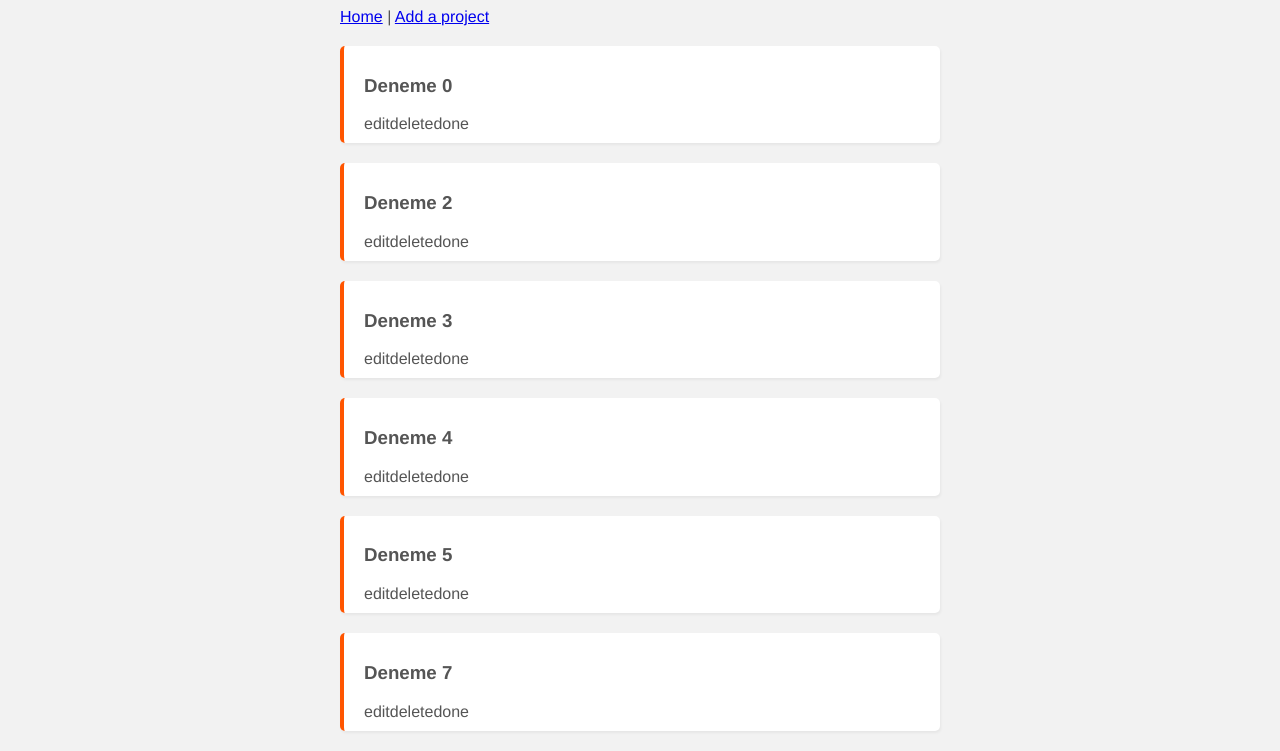
Repository: sercanisli/task-app
Page: /
An editor plug-in stored every save of this project. The page is shown before and after the next save, followed by the edit.
The browser window is 1280 px wide. The pictures show the whole page.
The project was rebuilt for these pictures with package versions that can differ from the ones it lists, and the page was loaded fresh each time. Requests to the local data server were answered from the project's data file. Also part of the build but not shown: vue.config.js. Imported but missing from the stored project, and not drawn on this page: src/views/AddProject.vue.

Above is the page before, as saved 2024-04-27 02:19:13.

### public/index.html
<!DOCTYPE html>
<html lang="">
  <head>
    <meta charset="utf-8">
    <meta http-equiv="X-UA-Compatible" content="IE=edge">
    <meta name="viewport" content="width=device-width,initial-scale=1.0">
    <link rel="icon" href="<%= BASE_URL %>favicon.ico">
    <title><%= htmlWebpackPlugin.options.title %></title>
    <link href="https://fonts.googleapis.com/icon?family=Material+Icons"
      rel="stylesheet">
  </head>
  <body>
    <noscript>
      <strong>We're sorry but <%= htmlWebpackPlugin.options.title %> doesn't work properly without JavaScript enabled. Please enable it to continue.</strong>
    </noscript>
    <div id="app"></div>
    <!-- built files will be auto injected -->
  </body>
</html>

### src/App.vue
<template>
  <div>
    <nav>
      <router-link to="/">Home</router-link> |
      <router-link to="/add">Add a project</router-link>
    </nav>
    <router-view/>
  </div>
</template>

<script>
  export default {
    components:{

    }
  }
</script>

<style>
body{
  background: #f2f2f2;
}
#app {
  font-family: Avenir, Helvetica, Arial, sans-serif;
  -webkit-font-smoothing: antialiased;
  -moz-osx-font-smoothing: grayscale;
  max-width: 600px;
  margin: 0 auto;
  color: #555;
}
</style>

### src/router/index.js
import { createRouter, createWebHistory } from 'vue-router'
import Home from '../views/Home.vue'

const routes = [
  {
    path: '/',
    name: 'home',
    component: Home
  },
  {
    path: '/add',
    name: 'AddProject',
    component: () => import('../views/AddProject.vue')
  },
  {
    path: '/project/:id',
    name: 'EditProject',
    component: () => import('../views/EditProject.vue'),
    props:true
  }
]

const router = createRouter({
  history: createWebHistory(process.env.BASE_URL),
  routes
})

export default router

### src/views/Home.vue
<template>
  <div class="home">
    <div v-if="projects.length">
      <div v-for="prj in projects" :key="prj.id">
        <SingleProject :project="prj" />
      </div>
    </div>
  </div>
</template>

<script>
import SingleProject from '../components/SingleProject'

export default {
  name: 'Home',
  components: {
    SingleProject
  },
  data(){
    return{
      projects:[]
    }
  },
  mounted(){
    fetch('http://localhost:3000/projects')
      .then(response => response.json())
      .then(data => this.projects = data)
      .catch(error => console.log(error.message))
  }
}
</script>

<style >
.project {
  margin: 20px auto;
  background: #fff;
  padding: 10px 20px;
  border-radius: 5px;
  box-shadow: 1px 2px 3px rgba(0, 0, 0, 0.05);
  border-left: 4px solid #ff5500;
}
h3 {
  cursor: pointer;
}
.actions {
  display: flex;
  justify-content: space-between;
  align-items: center;
}
.material-icons {
  font-size: 24px;
  margin-left: 10px;
  color: #bbb;
  cursor: pointer;
}
.material-icons:hover {
  color: #777;
}
.project.complete {
  border-left: 4px solid #76dd78;
}
.project.complete .tick {
  color: #76dd78;
}
</style>

### src/components/SingleProject.vue
<template>
  <div class="project">
    <div class="actions">
        <h3 @click="showDetails = !showDetails">{{ project.title }}</h3>
    </div>
    <div class="icons">
        <span class="material-symbols-outlined">edit</span>
        <span class="material-symbols-outlined">delete</span>
        <span class="material-symbols-outlined">done</span>
    </div>
    <div v-if="showDetails" class="details">
        <p>{{ project.details }}</p>
    </div>
  </div>
</template>

<script>
export default {
    props:['project'],
    data(){
        return {
            showDetails: false
        }
    }
}
</script>

<style>
.project {
    margin: 20px auto;
    background: #fff;
    padding: 10px 20px;
    border-radius: 5px;
    box-shadow: 1px 2px 3px rgba(0, 0, 0, 0.05);
    border-left: 4px solid #ff5500;
  }
  h3 {
    cursor: pointer;
  }
  .actions {
    display: flex;
    justify-content: space-between;
    align-items: center;
  }
  .material-icons {
    font-size: 24px;
    margin-left: 10px;
    color: #bbb;
    cursor: pointer;
  }
  .material-icons:hover {
    color: #777;
  }
  .project.complete {
    border-left: 4px solid #76dd78;
  }
  .project.complete .tick {
    color: #76dd78;
  }
</style>

### data/db.json
{
    "projects": [
      {
        "id": 1,
        "title": "Deneme 0",
        "details": "Lorem Ipsum is simply Lorem Ipsum has been the industry's standard dummy text ever since the 1500s, when an unknown printer took a galley of type and scrambled it to make a type specimen book. aaaaaaaaaaaa",
        "complete": true
      },
      {
        "id": 2,
        "title": "Deneme 2",
        "details": "Lorem Ipsum is simply dummy text of the printing and typesetting industry. Lorem Ipsum has been the industry's standard dummy text ever since the 1500s, when an unknown printer took a galley of type and scrambled it to make a type specimen book.",
        "complete": false
      },
      {
        "id": 3,
        "title": "Deneme 3",
        "details": "Lorem Ipsum has been the industry's standard dummy text ever since the 1500s, when an unknown printer took a galley of type and scrambled it to make a type specimen book.",
        "complete": true
      },
      {
        "id": 4,
        "title": "Deneme 4",
        "details": "Lorem Ipsum is simply dummy text of the printing and typesetting industry. Lorem Ipsum has been the industry's standard dummy text ever since the 1500s.",
        "complete": false
      },
      {
        "title": "Deneme 5",
        "details": "asfasdf gsdg erhdshs thfsgh",
        "complete": true,
        "id": 5
      },
      {
        "title": "Deneme 7",
        "details": "fdgdfg dfhfdgh sfdhsh srthsfhg",
        "complete": false,
        "id": 6
      }
    ]
  }

Loaded but not shown: src/main.js (common file)

After the next save:
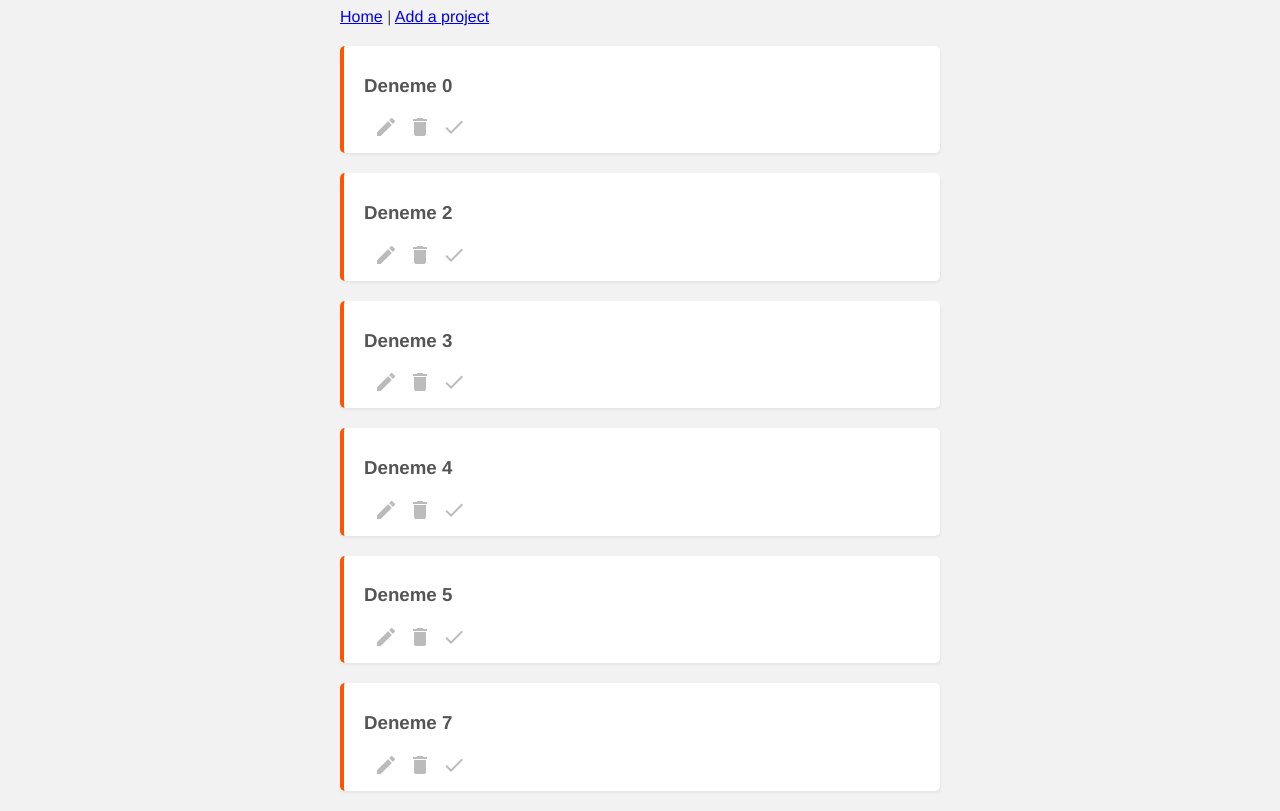
Saved 33 s later.
--- a/src/components/SingleProject.vue
+++ b/src/components/SingleProject.vue
@@ -4,9 +4,9 @@
         <h3 @click="showDetails = !showDetails">{{ project.title }}</h3>
     </div>
     <div class="icons">
-        <span class="material-symbols-outlined">edit</span>
-        <span class="material-symbols-outlined">delete</span>
-        <span class="material-symbols-outlined">done</span>
+        <span class="material-icons">edit</span>
+        <span class="material-icons">delete</span>
+        <span class="material-icons">done</span>
     </div>
     <div v-if="showDetails" class="details">
         <p>{{ project.details }}</p>
